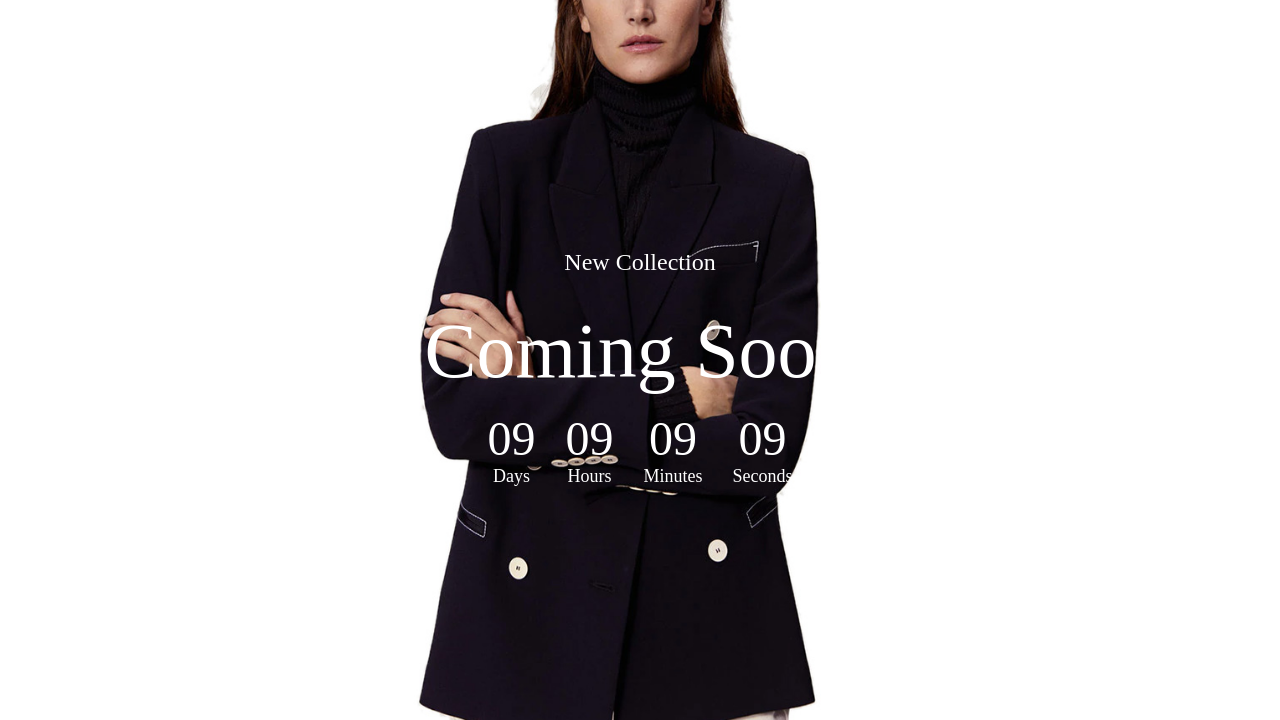
Repository: ST-United-Internship/Modaz-4life
Page: comingsoon&FAQ/coming-soon.html
These files come from the project's save history. The page is drawn as it stood at one moment and after the next save; the edit follows.
The browser window is 1280 px wide. The pictures show the whole page.

Above is the page before, as saved 2023-03-21 14:54:21.

### comingsoon&FAQ/coming-soon.html
<!DOCTYPE html>
<html lang="en">
<head>
    <meta charset="UTF-8">
    <meta http-equiv="X-UA-Compatible" content="IE=edge">
    <meta name="viewport" content="width=device-width, initial-scale=1.0">
    <link rel="stylesheet" type="text/css" href="css/layout.css">
    <title>Document</title>
</head>
<body>
    <section class="container">
        <img src="Assets/Images/bg-parallax2.jpg" alt="">
        <header>New Collection</header>
        <p>Coming Soon</p>
        <div class="time-titles">
            <div class="time days">
                <span class="number">09</span>
                <span class="title-text">Days</span>
            </div>
            <div class="time hours">
                <span class="number">09</span>
                <span class="title-text">Hours</span>
            </div>
            <div class="time minutes">
                <span class="number">09</span>
                <span class="title-text">Minutes</span>
            </div>
            <div class="time seconds">
                <span class="number">09</span>
                <span class="title-text">Seconds</span>
            </div>
        </div>
       </section>
    </section>
</body>
</html>

### comingsoon&FAQ/css/layout.css
/* *{
    margin:0;
    padding: 0;
    font-family: 'Lucida Sans', 'Lucida Sans Regular', 'Lucida Grande', 'Lucida Sans Unicode', Geneva, Verdana, sans-serif;
    box-sizing: border-box;
}

.header{
    background: red;
}


body .container{
    width: 100vw;
    height: 100vh;
    background-image: url(../Assets/Images/bg-parallax2.jpg);
    background-position: center;
    background-color: red
} */
/*
.boxed{
    background: red;
}
.parallax2{
    background-image: url(../Assets/Images/bg-parallax2.jpg);
    height: 110vh;
    background-position: center;

}

.parallax2 .overlay{
    position: absolute;
    background-position: center;
    width: 100%;
    height: 70%;
    top: 0;
    left: 0;
    background: rgba(0,0,0,.5);
} */

*{
    margin: 0;
    padding: 0;
    box-sizing: border-box;
}
.container{
    height: 100vh;
    row-gap: 15px;
    width: 100%;
    display: flex;
    justify-content: center;
    flex-direction: column;
    overflow: hidden;
    align-items: center;
}

.container img{
    position: absolute;
    height: 100%;
    width: 100%;
    object-fit: cover;
    z-index: -1;
}

.container header{
    line-height: 58px;
    color: #fff;
    font-size: 24px;
}

.container p{
    color: #fff;
    font-size: 78px;
    line-height: 90px;
    font-weight: 500;
}

.container .time-titles{
    display: flex;
    column-gap: 30px;
}

.time-titles .time{
    display: flex;
    align-items: center;
    flex-direction: column;
}

.time .number{
    font-size: 48px;
    font-weight: 500;
    /* line-height: 90px;
    color: #333;
    width: 90px;
    height: 90px;
    background: rgba(255,255,255,.9);
    text-align: center;
    margin: 0 35px 18px; */
    text-transform: capitalize;
}

.time .number,.time .title-text{
    color: #fff;
}

.time .title-text{
    font-size: 18px;
    text-transform: capitalize;
}

After the next save:
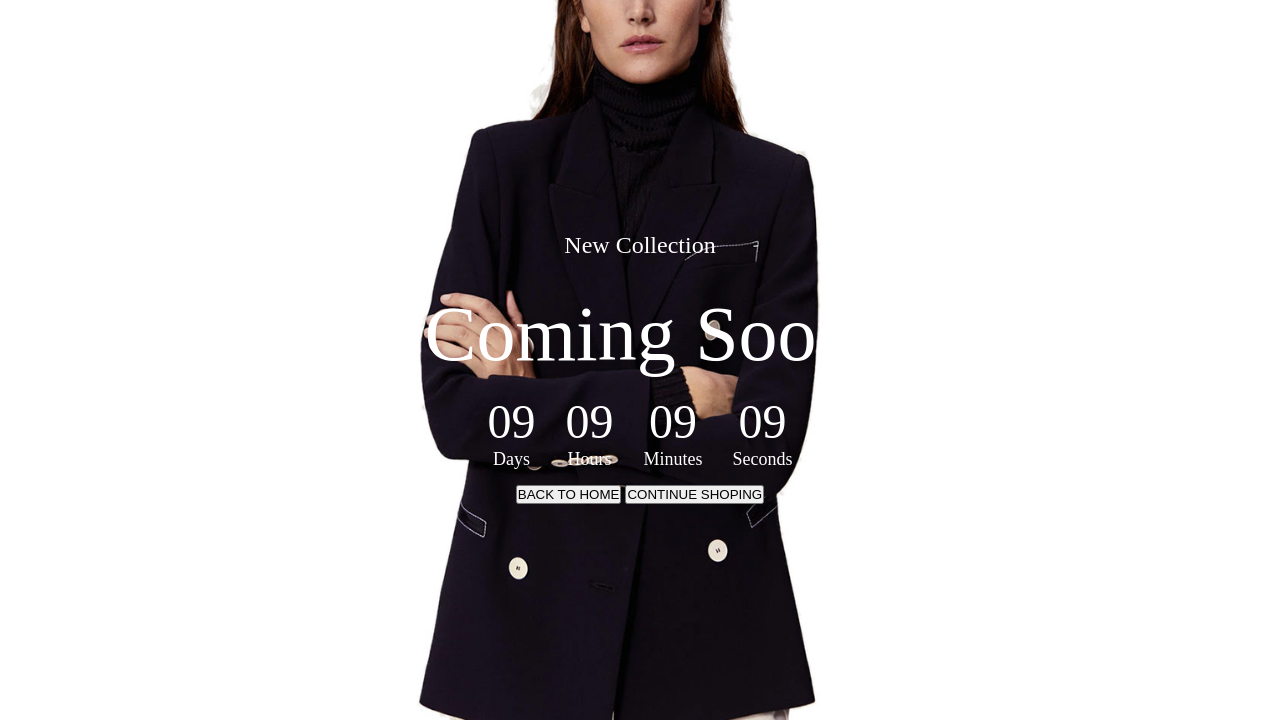
Saved 92 s later.
--- a/comingsoon&FAQ/coming-soon.html
+++ b/comingsoon&FAQ/coming-soon.html
@@ -30,6 +30,10 @@
                 <span class="title-text">Seconds</span>
             </div>
         </div>
+        <div class="button flat-button">
+            <button type="button" class="bg-white">BACK TO HOME</button>
+            <button type="button">CONTINUE SHOPING</button>
+            </div>
        </section>
     </section>
 </body>
